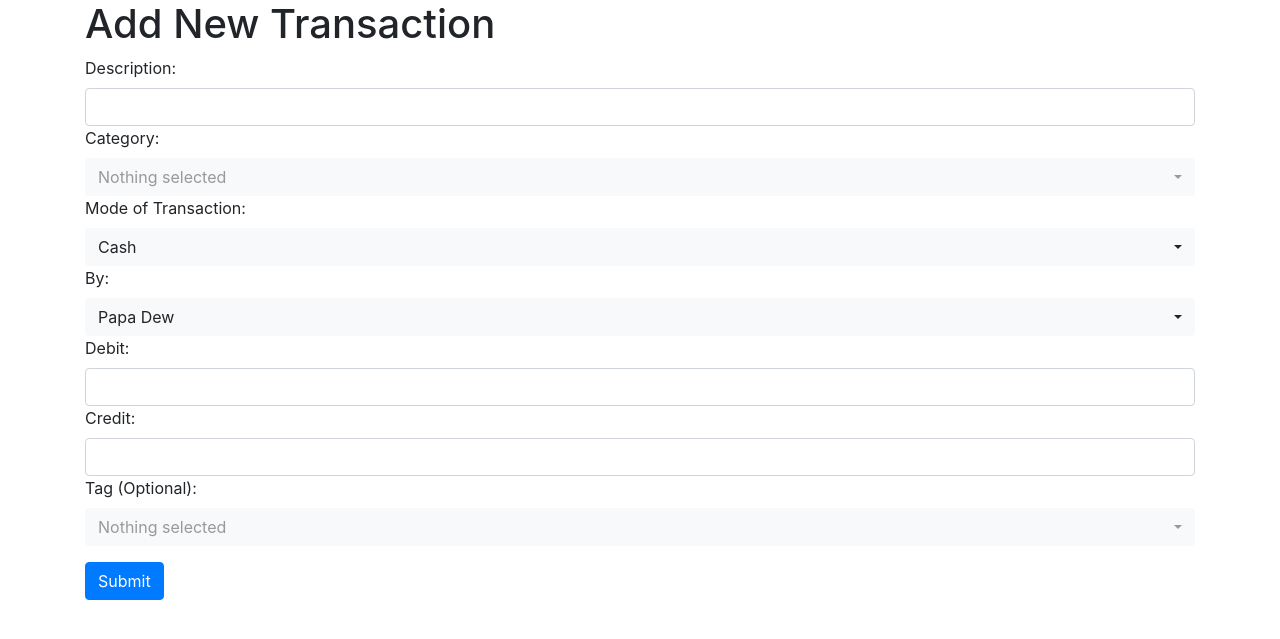
Repository: yucheng91/CI3-expenses-manager
Page: http://localhost/new-transaction/
The author's editor kept a record of every edit. The page is drawn from the files as they stood at one moment, then again after the next edit.
The browser window is 1280 px wide. The pictures show the whole page.
The page is served by the project's application, run on Flask 3 (app.py). The database holds what the project's SQL file puts in it.

Above is the page before.

After the next edit:
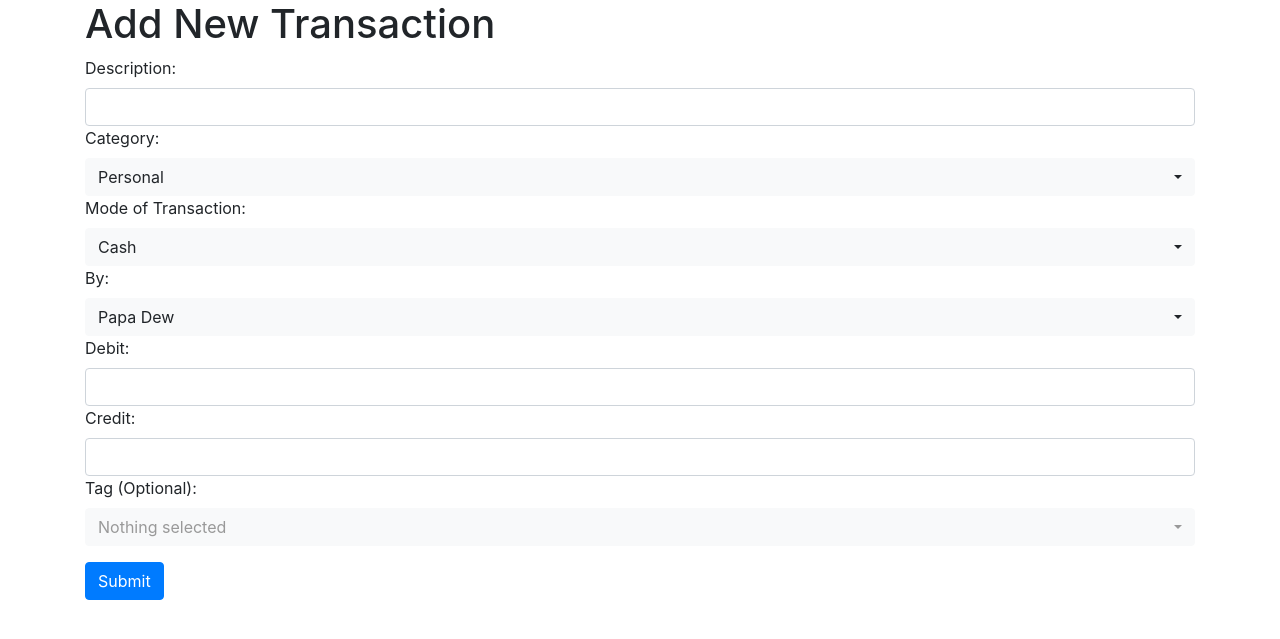
The edit:
--- a/templates/new_transaction.html
+++ b/templates/new_transaction.html
@@ -26,7 +26,7 @@
         <label class='label'>
                       Category:
                   </label>
-        <select name='category' class='form-control selectpicker' multiple data-live-search="true">
+        <select name='category' class='form-control selectpicker' data-live-search="true">
                           {%for d in categories %}
                           <option value='{{ d['id'] }}' {%if d['id'] == categoriesid %}selected='selected'{%endif%}>{{ d['name'] }}</option>
                                {%endfor%}
